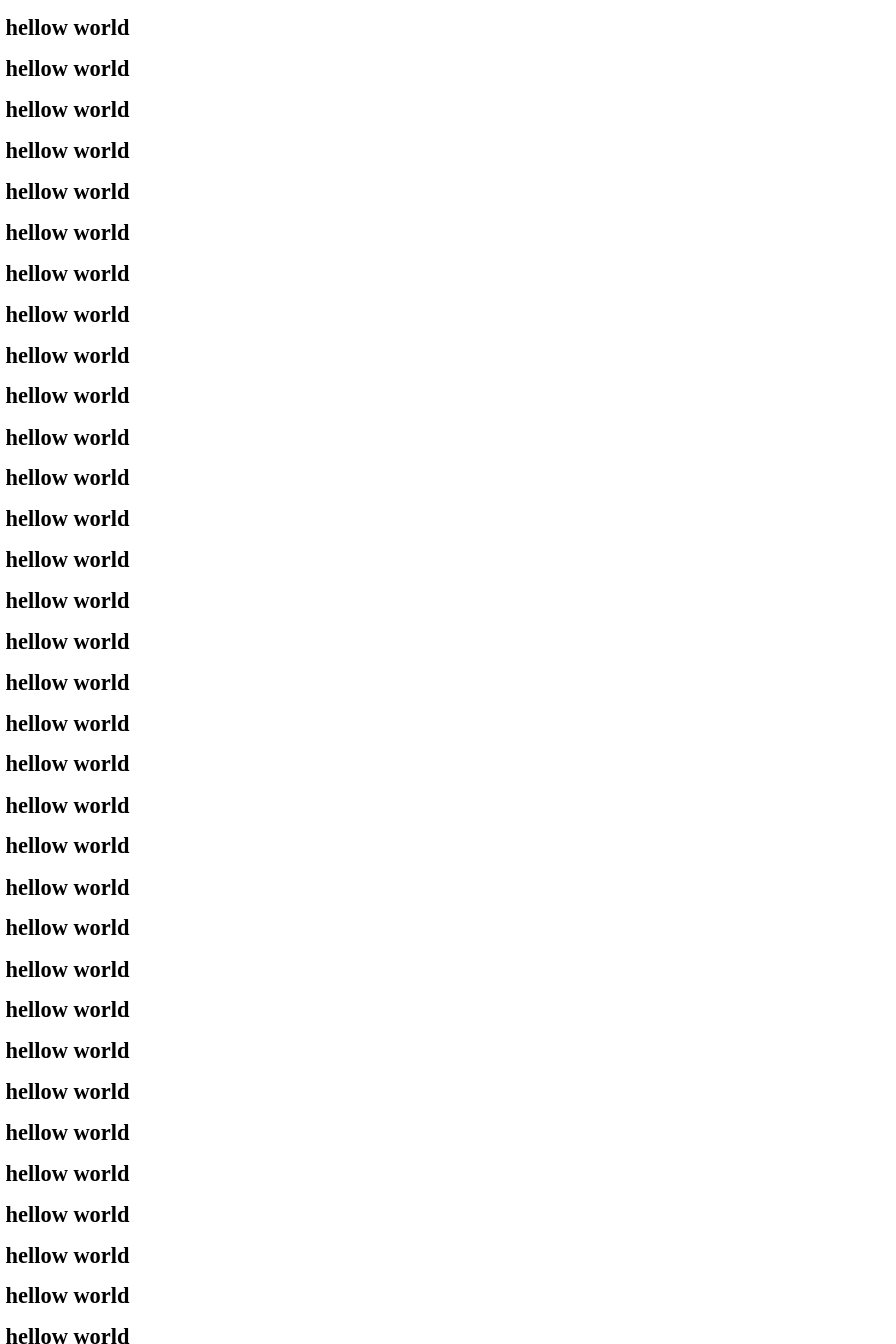
Repository: sihammohamud744-dotcom/javascript
Page: fst/javascript/DOM/index.html
The author's editor kept a copy of each file at every save. The page is drawn from the files as they stood at one save, then again after the next save.
The browser window is 1280 px wide. The pictures show the part of the page from y = 0 to 1920 px (the page is 29383 px tall before and 10314 px after), at 70% of full size.

Above is the page before, as saved 2026-01-14 09:44:51.

After the next save:
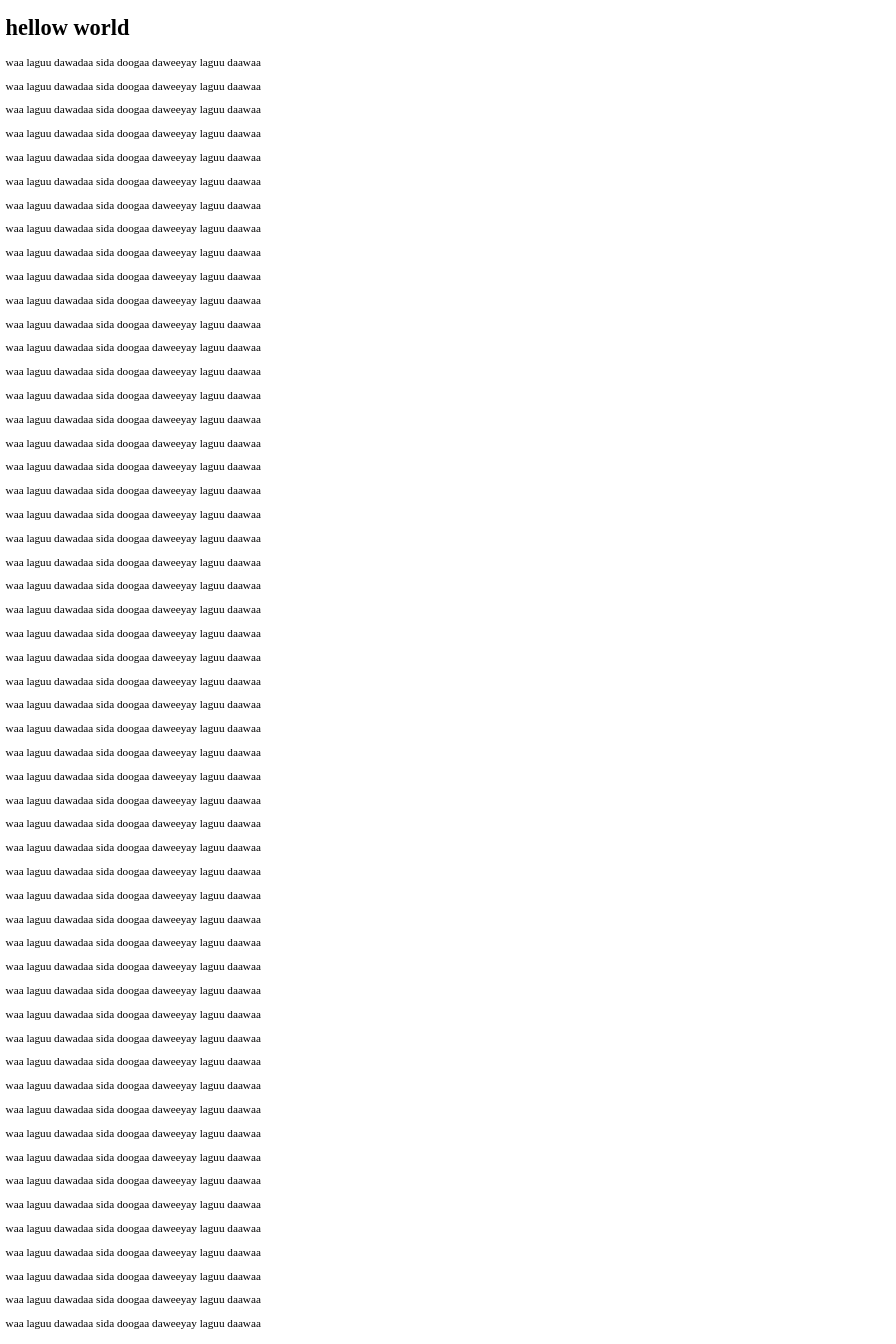
Saved 43 s later.
--- a/fst/javascript/DOM/script.js
+++ b/fst/javascript/DOM/script.js
@@ -2,21 +2,23 @@
 // firstH1.textContent = ("hellow world")
 // document.body.appendChild(firstH1)
 
-for (i = 0; i < 500 ; i++){
-let firstH1 = document.createElement("h1")
-firstH1.textContent = ("hellow world")
-document.body.appendChild(firstH1)
-}
+// for (i = 0; i < 500 ; i++){
+// let firstH1 = document.createElement("h1")
+// firstH1.textContent = ("hellow world")
+// document.body.appendChild(firstH1)
+// }
 
 let firstP = document.createElement("p")
 firstP.textContent = (" waa laguu dawadaa sida doogaa daweeyay laguu daawaa ")
 document.body.appendChild(firstP)
 
 for (let i = 0; i < 300; i++) {
-
+let firstP = document.createElement("p")
+firstP.textContent = (" waa laguu dawadaa sida doogaa daweeyay laguu daawaa ")
+document.body.appendChild(firstP)
 
 }
 
-let secondH2 = document.createElement("h2")
-secondH2.textContent = ("sugaan")
-document.body.appendChild(secondH2)
+// let secondH2 = document.createElement("h2")
+// secondH2.textContent = ("sugaan")
+// document.body.appendChild(secondH2)
